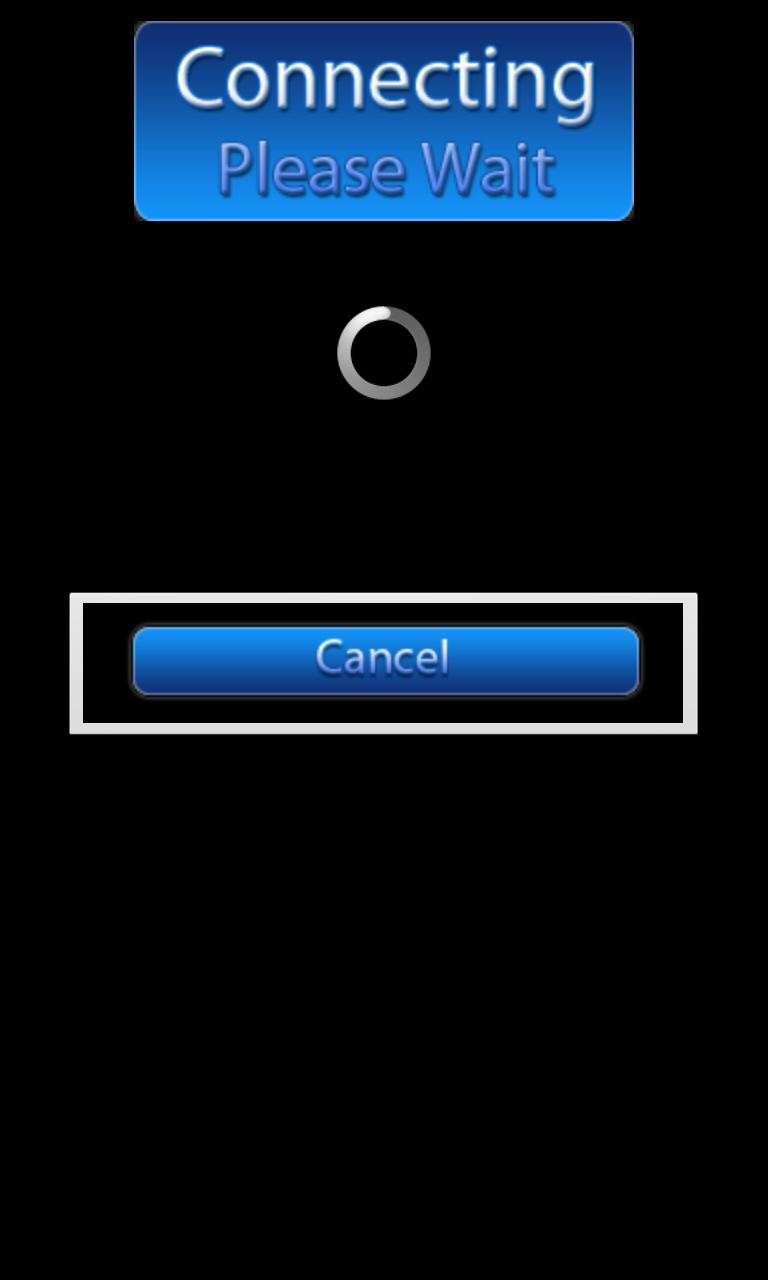
Repository: Matt-Bishop/HP-Photo-Kiosk
Layout: workspace/HP_PK/res/layout/connecting.xml
An editor plug-in stored every save of this project. The layout is shown before and after the next save, followed by the edit.
It is drawn on a 768 x 1280 px phone screen (xhdpi) without system bars, with theme android:Theme; the app's code is not run.

Above is the layout before, as saved 2011-01-05 02:02:19.

After the next save:
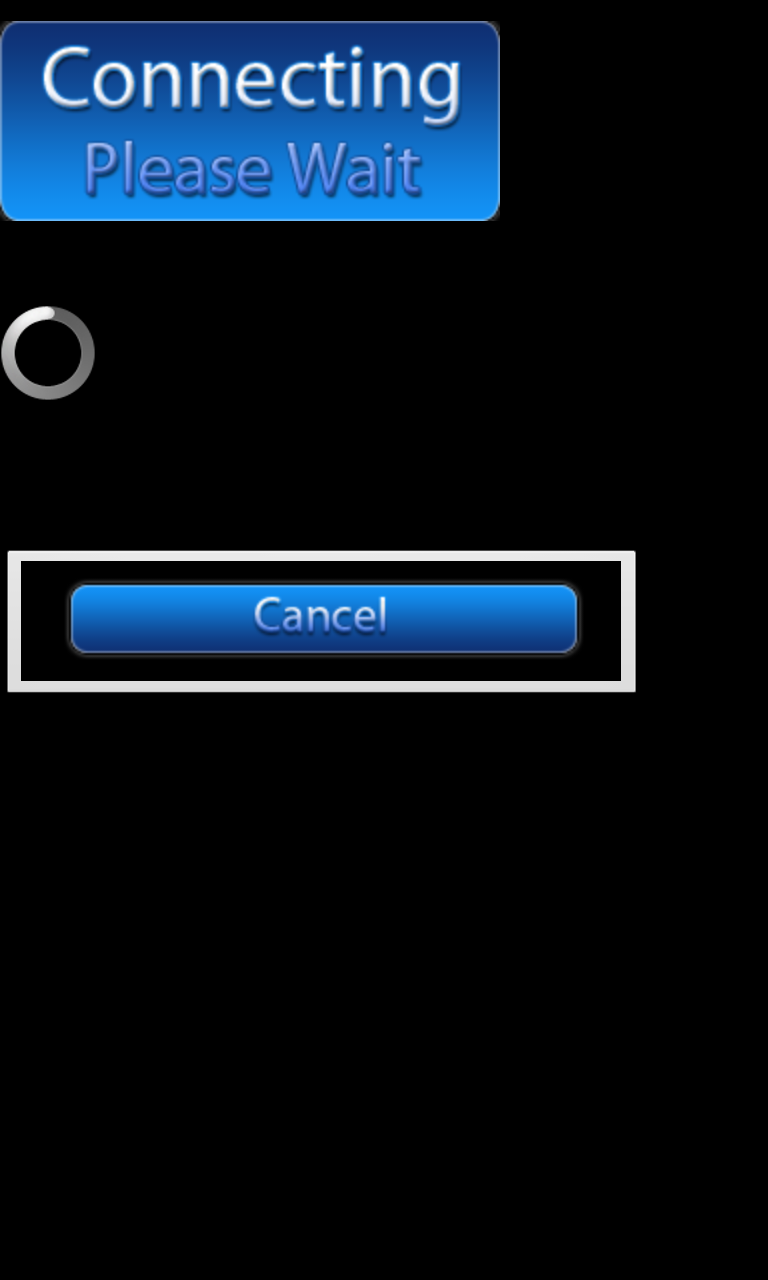
Saved 22 s later.
--- a/workspace/HP_PK/res/layout/connecting.xml
+++ b/workspace/HP_PK/res/layout/connecting.xml
@@ -23,7 +23,6 @@
 android:layout_width="wrap_content"
 android:layout_height="wrap_content"
 android:src="@drawable/hp_connecting"
-android:layout_gravity="center_horizontal"
 >
 </ImageView>
 <LinearLayout
@@ -59,7 +58,6 @@
 android:layout_width="wrap_content"
 android:layout_height="wrap_content"
 android:indeterminate="true"
-android:layout_gravity="center_horizontal"
 >
 </ProgressBar>
 <LinearLayout
@@ -98,20 +96,6 @@
 >
 </LinearLayout>
 <LinearLayout
-android:id="@+id/widget67"
-android:layout_width="wrap_content"
-android:layout_height="21px"
-android:orientation="vertical"
->
-</LinearLayout>
-<LinearLayout
-android:id="@+id/widget68"
-android:layout_width="wrap_content"
-android:layout_height="21px"
-android:orientation="vertical"
->
-</LinearLayout>
-<LinearLayout
 android:id="@+id/widget70"
 android:layout_width="wrap_content"
 android:layout_height="21px"
@@ -137,7 +121,6 @@
 android:layout_width="wrap_content"
 android:layout_height="wrap_content"
 android:src="@drawable/hp_cancel_button"
-android:layout_gravity="center_horizontal"
 >
 </ImageButton>
 <FrameLayout
